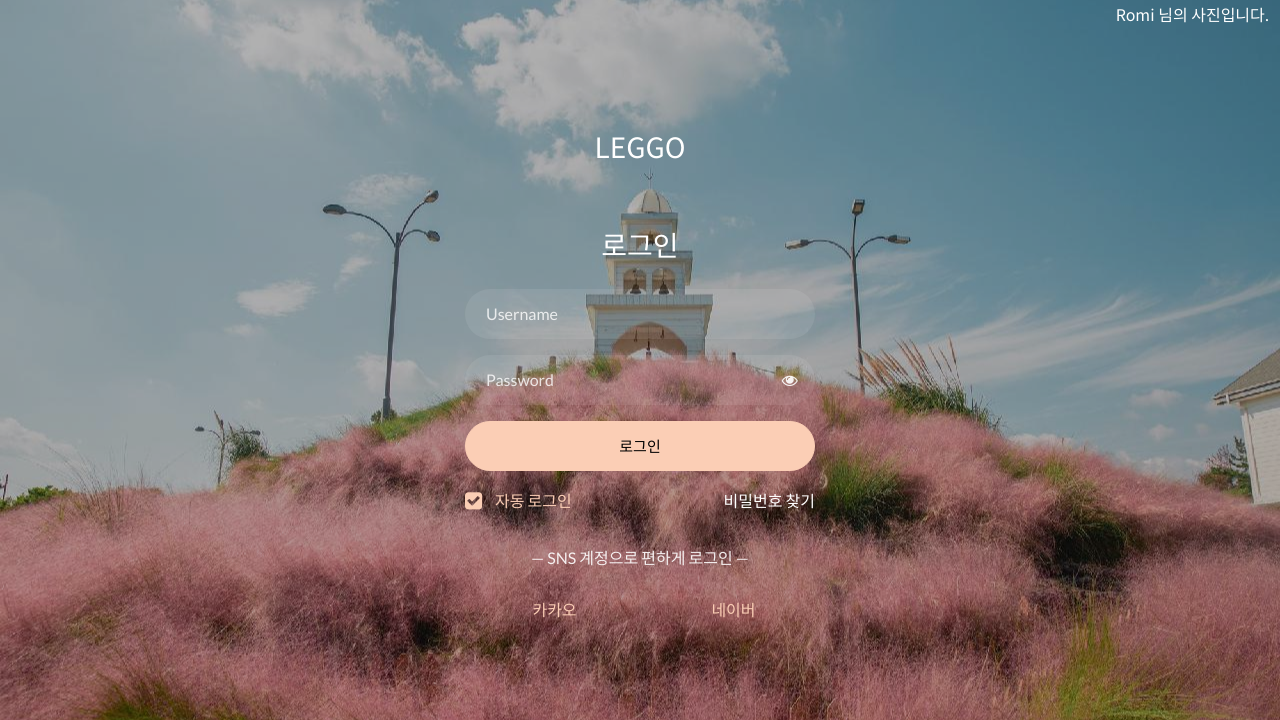
Repository: jangseohyun/LEGGO_2021
Page: http://localhost/PrjApp/Login.jsp
These files come from the project's save history. The page is drawn as it stood at one moment and after a run of saves; the edit follows.
The browser window is 1280 px wide. The pictures show the whole page.
The page is served by Tomcat 9. Other server files are loaded and not shown.

Above is the page before, as saved 2021-06-21 10:17:40.

### PrjApp/WebContent/Login.jsp
<%@ page contentType="text/html; charset=UTF-8"%>
<%@ taglib prefix="c" uri="http://java.sun.com/jsp/jstl/core"%>
<%
	request.setCharacterEncoding("UTF-8");
	String cp = request.getContextPath();
%>
<!doctype html>
<html lang="en">
<head>
<title>Login</title>
<meta charset="utf-8">
<meta name="viewport"
	content="width=device-width, initial-scale=1, shrink-to-fit=no">
<link rel="preconnect" href="https://fonts.gstatic.com">
<link rel="preconnect" href="https://fonts.gstatic.com">
<link
	href="https://fonts.googleapis.com/css2?family=Noto+Sans+KR:wght@300;400&display=swap"
	rel="stylesheet">
<link
	href="https://fonts.googleapis.com/css?family=Lato:300,400,700&display=swap"
	rel="stylesheet">

<link rel="stylesheet"
	href="https://stackpath.bootstrapcdn.com/font-awesome/4.7.0/css/font-awesome.min.css">

<link rel="stylesheet" href="css/style.css">

</head>
<body class="img js-fullheight" style="background-image: url(images/img.png);">
<p class="userimg">Romi 님의 사진입니다.&nbsp;&nbsp;&nbsp;</p>
<section class="ftco-section">
		<div class="container">
			<div class="row justify-content-center">
				<div class="col-md-6 text-center mb-5">
					<h2 class="heading-section">LEGGO</h2>
				</div>
			</div>
			<div class="row justify-content-center">
				<div class="col-md-6 col-lg-4">
					<div class="login-wrap p-0">
						<h3 class="mb-4 text-center">로그인</h3>
						<form action="#" class="signin-form">
							<div class="form-group">
								<input type="text" class="form-control" placeholder="Username"
									required>
							</div>
							<div class="form-group">
								<input id="password-field" type="password" class="form-control"
									placeholder="Password" required> <span
									toggle="#password-field"
									class="fa fa-fw fa-eye field-icon toggle-password"></span>
							</div>
							<div class="form-group">
								<button type="submit"
									class="form-control btn btn-primary submit px-3">로그인</button>
							</div>
							<div class="form-group d-md-flex">
								<div class="w-50">
									<label class="checkbox-wrap checkbox-primary">자동 로그인<input
										type="checkbox" checked> <span class="checkmark"></span>
									</label>
								</div>
								<div class="w-50 text-md-right">
									<a href="#" style="color: #fff">비밀번호 찾기</a>
								</div>
							</div>
						</form>
						<p class="w-100 text-center">&mdash; SNS 계정으로 편하게 로그인 &mdash;</p>
						<div class="social d-flex text-center">
							<a href="#" class="px-2 py-2 mr-md-1 rounded"><span
								class="ion-logo-facebook mr-2"></span> 카카오 </a> <a href="#"
								class="px-2 py-2 ml-md-1 rounded"><span
								class="ion-logo-twitter mr-2"></span> 네이버 </a>
						</div>
					</div>
				</div>
			</div>
		</div>
	</section>

	<script src="js/jquery.min.js"></script>
	<script src="js/popper.js"></script>
	<script src="js/bootstrap.min.js"></script>
	<script src="js/main.js"></script>

</body>
</html>

Loaded but not shown: PrjApp/WebContent/css/style.css (library); PrjApp/WebContent/js/jquery.min.js (library); PrjApp/WebContent/js/popper.js (library); PrjApp/WebContent/js/bootstrap.min.js (library); PrjApp/WebContent/js/main.js (common file)

After the next 2 saves:
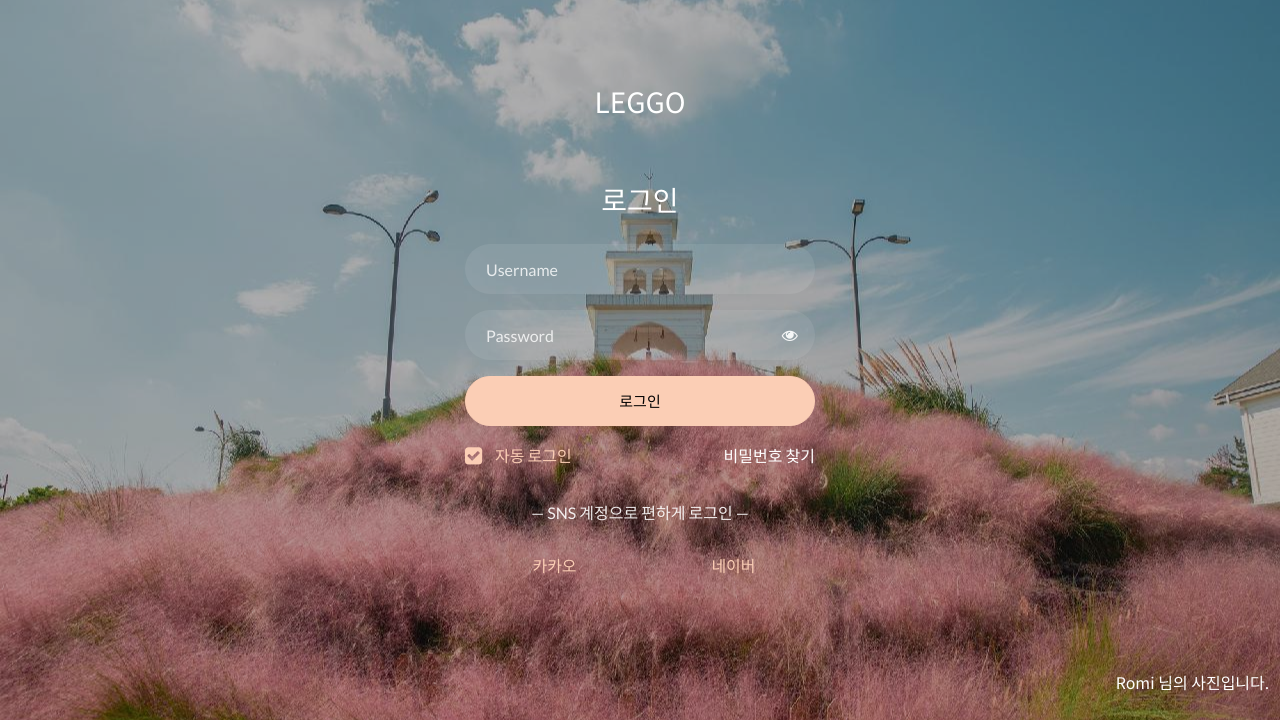
The 2 saves are shown as one change because they came seconds apart.
The last was saved 35 s later.
--- a/PrjApp/WebContent/Login.jsp
+++ b/PrjApp/WebContent/Login.jsp
@@ -27,7 +27,6 @@
 
 </head>
 <body class="img js-fullheight" style="background-image: url(images/img.png);">
-<p class="userimg">Romi 님의 사진입니다.&nbsp;&nbsp;&nbsp;</p>
 <section class="ftco-section">
 		<div class="container">
 			<div class="row justify-content-center">
@@ -83,5 +82,6 @@
 	<script src="js/bootstrap.min.js"></script>
 	<script src="js/main.js"></script>
 
+<p class="userimg">Romi 님의 사진입니다.&nbsp;&nbsp;&nbsp;</p>
 </body>
 </html>
